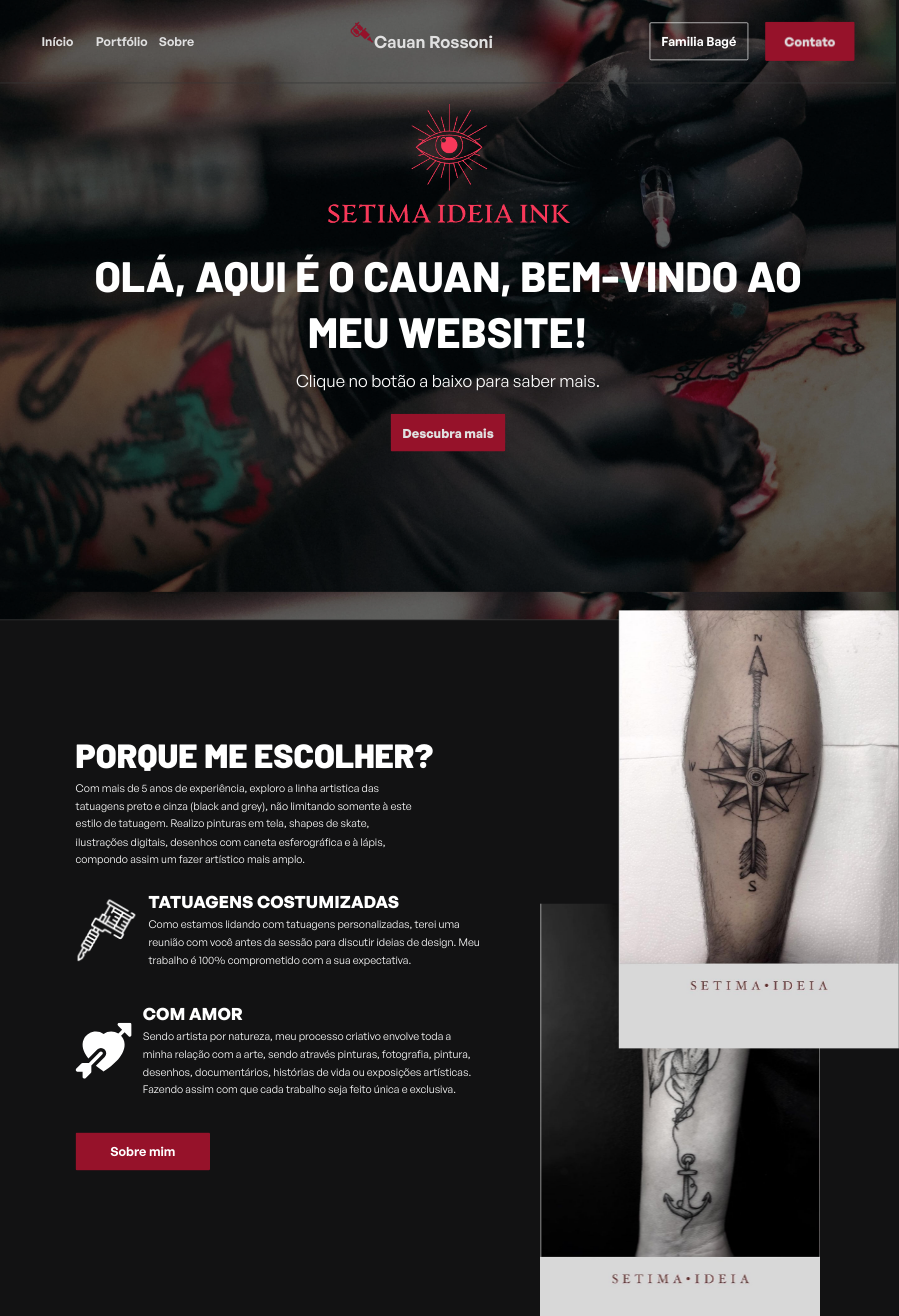
Repository: Leoka2000/S-tima-Ideia
Page: /
The author's editor kept a copy of each file at every save. The page is drawn from the files as they stood at one save, then again after the next save.
The browser window is 1280 px wide. The page is 1284 px wide, so the pictures cover 1284 px, including what lies to the right of the window. The pictures show the part of the page from y = 0 to 1880 px (the page is 7098 px tall), at 70% of full size.
Backgrounds fixed to the window are drawn as part of the page. The project was rebuilt for these pictures with package versions that can differ from the ones it lists, and the page was loaded fresh each time. Some packages were replaced by stand-ins written for this rebuild. Also part of the build but not shown: src/pages/main/instagram/instagram.css, src/pages/main/instagram/instagram.jsx, src/App.css, src/pages/portfolio/portfolio.css, src/data/database-common.js, src/pages/portfolio/loop-content.jsx, src/pages/portfolio/portfolio.jsx, src/pages/portfolio/index.jsx and 2 more. Imported but missing from the stored project, and not drawn on this page: src/assets/videos/cauan-video.mp4.

Above is the page before, as saved 2023-05-22 14:50:46.

After the next save:
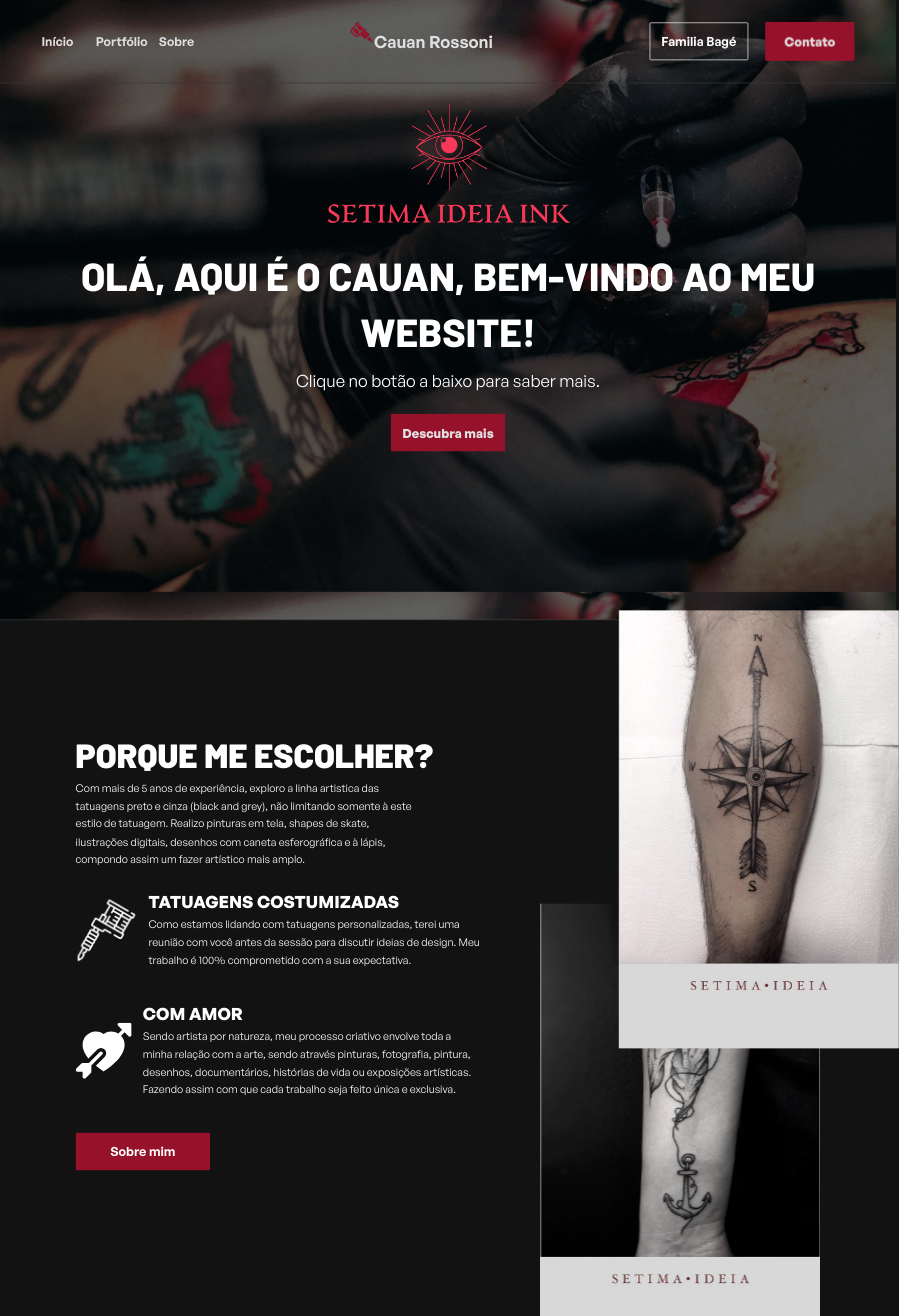
Saved 5 s later.
--- a/src/pages/main/hero/hero.css
+++ b/src/pages/main/hero/hero.css
@@ -26,7 +26,7 @@
 }
 
 .hero-wrapper>h1 {
-    font-size: 3.8rem;
+    font-size: 3.5rem;
     line-height: 5rem;
     max-width: 70rem;
     font-weight: 800;
